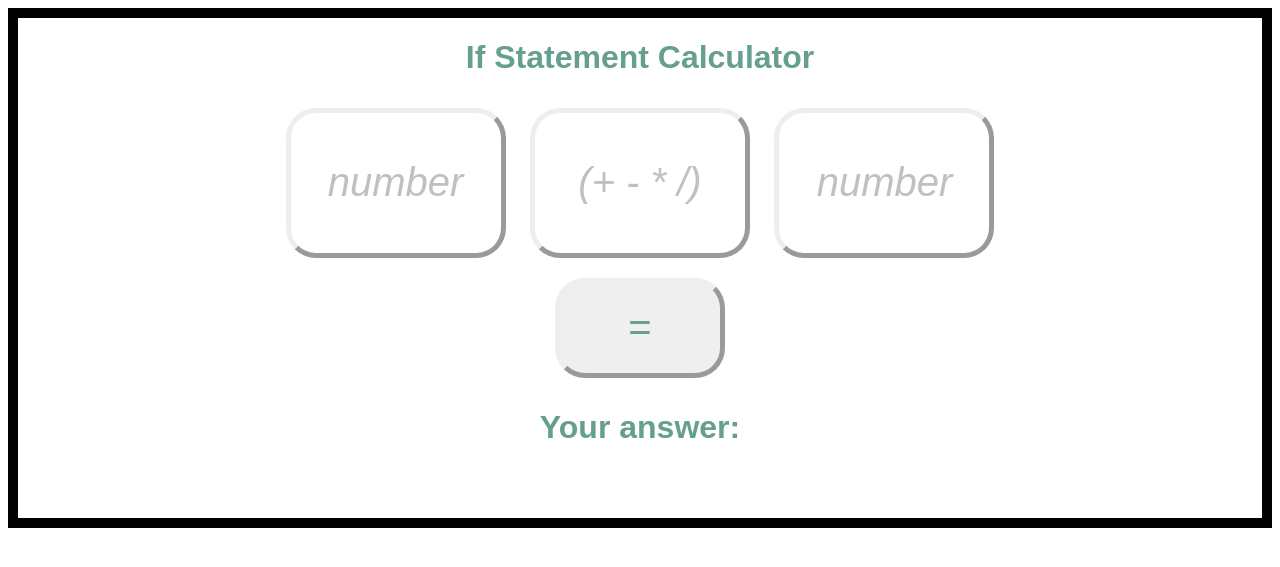
Repository: WesleyErasmus/threeInputCalculator
Page: html/if-calculator.html
The author's editor kept a copy of each file at every save. The page is drawn from the files as they stood at one save, then again after the next save.
The browser window is 1280 px wide. The pictures show the whole page.

Above is the page before, as saved 2022-04-27 23:00:39.

After the next save:
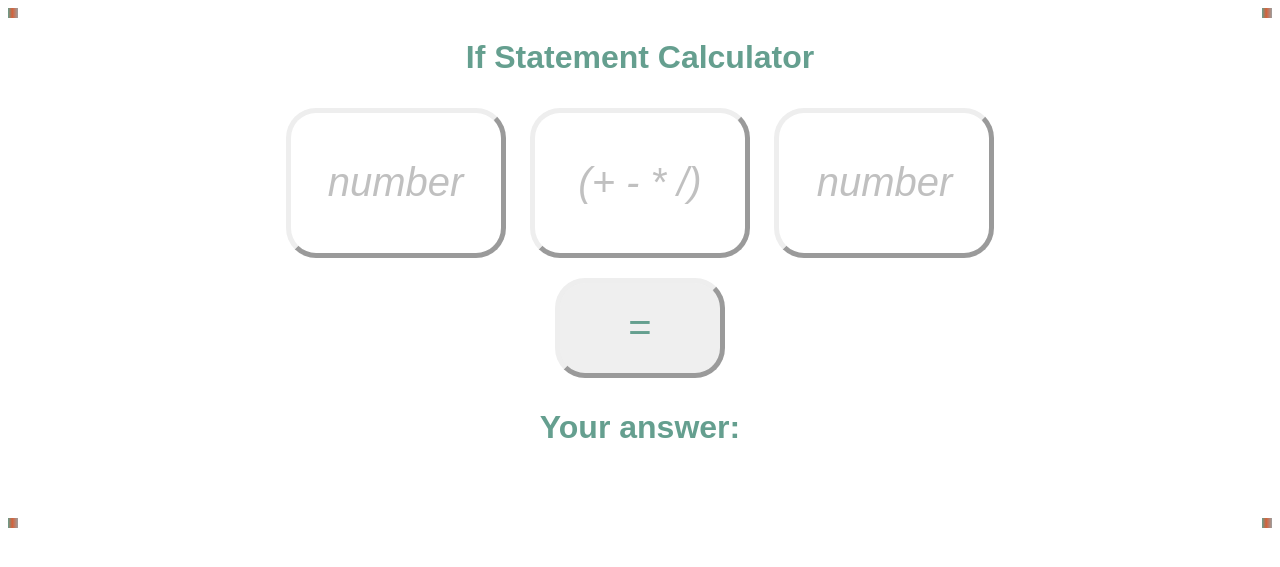
Saved 33 s later.
--- a/css/stylesheet.css
+++ b/css/stylesheet.css
@@ -12,7 +12,7 @@ h1 {
 }
 form {
     border: 10px solid;
-    border-color: linear-gradient(90deg, rgba(101,159,143,1) 0%, rgba(213,97,58,1) 42%, rgba(158,158,158,1) 100%);
+    border-image: linear-gradient(90deg, rgba(101,159,143,1) 0%, rgba(213,97,58,1) 42%, rgba(158,158,158,1) 100%);
     display: block;
     margin: 0 auto;
 }
